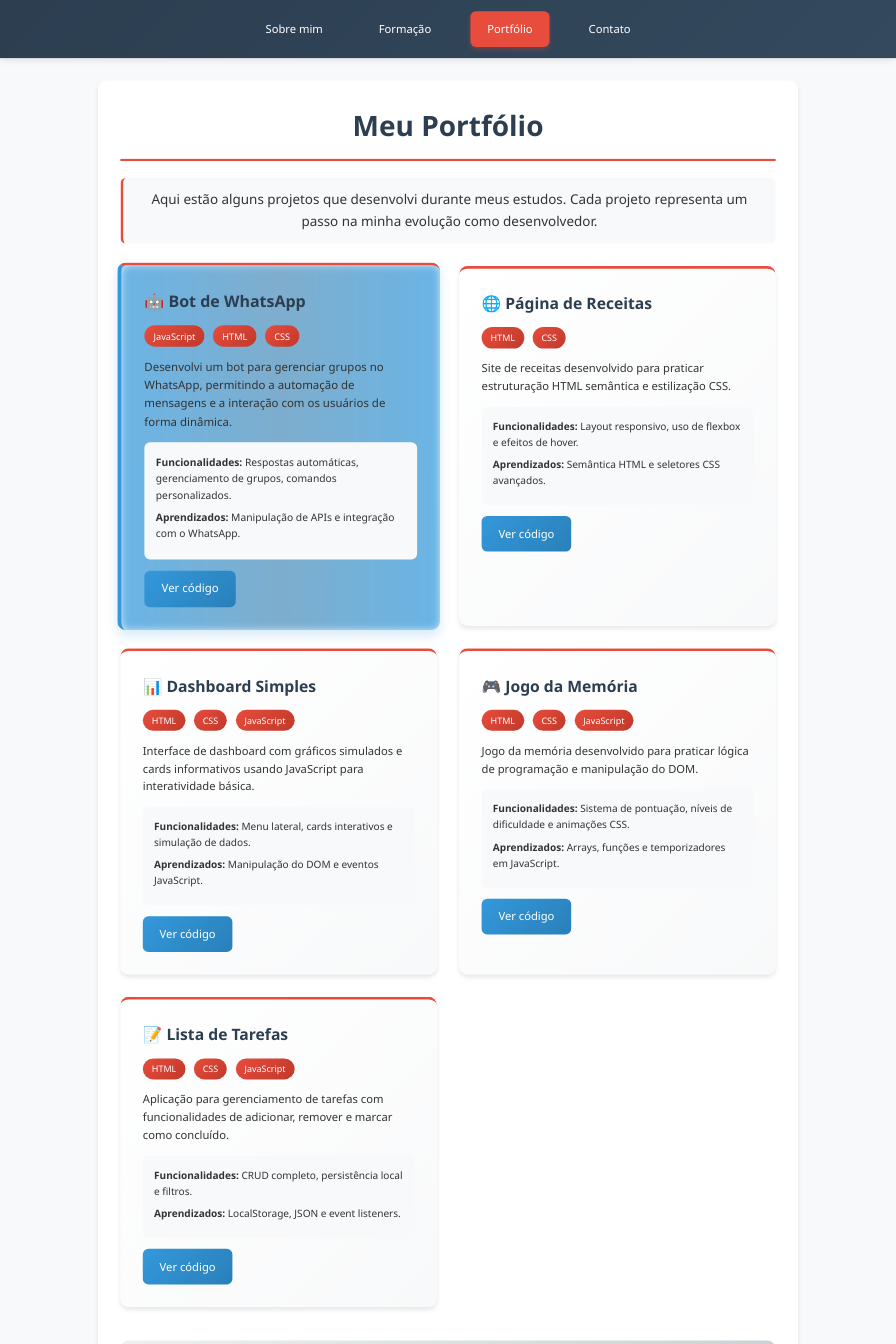
Repository: AnderHonorato/meu-portfolio
Page: portfolio.html
These files come from the project's save history. The page is drawn as it stood at one moment and after the next save; the edit follows.
The browser window is 1280 px wide. The pictures show the part of the page from y = 0 to 1920 px (the page is 2792 px tall), at 70% of full size.

Above is the page before, as saved 2025-08-26 20:30:35.

### portfolio.html
<!DOCTYPE html>
<html lang="pt-br">
<head>
    <meta charset="UTF-8">
    <meta name="viewport" content="width=device-width, initial-scale=1.0">
    <title>Portfólio - Ander Honorato</title>
    <link rel="stylesheet" href="css/style.css">
</head>
<body>
    <!-- MENU DE NAVEGAÇÃO PADRÃO -->
    <nav class="menu">
        <ul>
            <li><a href="index.html">Sobre mim</a></li>
            <li><a href="formacao.html">Formação</a></li>
            <li><a href="portfolio.html" class="ativo">Portfólio</a></li>
            <li><a href="contato.html">Contato</a></li>
        </ul>
    </nav>

    <!-- CONTEÚDO ESPECÍFICO DA PÁGINA DE PORTFÓLIO -->
    <main class="conteudo">
        <h1>Meu Portfólio</h1>

        <p class="intro-portfolio">Aqui estão alguns projetos que desenvolvi durante meus estudos. Cada projeto representa um passo na minha evolução como desenvolvedor.</p>

        <!-- GRID DE PROJETOS -->
        <div class="projetos-grid">

            <!-- PROJETO DESTAQUE: BOT DE WHATSAPP -->
            <div class="projeto-item destaque">
                <h3>🤖 Bot de WhatsApp</h3>
                <div class="tags-projeto">
                    <span class="tag">JavaScript</span>
                    <span class="tag">HTML</span>
                    <span class="tag">CSS</span>
                </div>
                <p>Desenvolvi um bot para gerenciar grupos no WhatsApp, permitindo a automação de mensagens e a interação com os usuários de forma dinâmica.</p>
                <div class="projeto-detalhes">
                    <p><strong>Funcionalidades:</strong> Respostas automáticas, gerenciamento de grupos, comandos personalizados.</p>
                    <p><strong>Aprendizados:</strong> Manipulação de APIs e integração com o WhatsApp.</p>
                </div>
                <a href="https://anderhonorato.github.io/alphabotsite1/index.html" class="btn-projeto">Ver código</a>
            </div>

            <!-- PROJETOS ANTERIORES -->
            <div class="projeto-item">
                <h3>🌐 Página de Receitas</h3>
                <div class="tags-projeto">
                    <span class="tag">HTML</span>
                    <span class="tag">CSS</span>
                </div>
                <p>Site de receitas desenvolvido para praticar estruturação HTML semântica e estilização CSS.</p>
                <div class="projeto-detalhes">
                    <p><strong>Funcionalidades:</strong> Layout responsivo, uso de flexbox e efeitos de hover.</p>
                    <p><strong>Aprendizados:</strong> Semântica HTML e seletores CSS avançados.</p>
                </div>
                <a href="#" class="btn-projeto">Ver código</a>
            </div>

            <div class="projeto-item">
                <h3>📊 Dashboard Simples</h3>
                <div class="tags-projeto">
                    <span class="tag">HTML</span>
                    <span class="tag">CSS</span>
                    <span class="tag">JavaScript</span>
                </div>
                <p>Interface de dashboard com gráficos simulados e cards informativos usando JavaScript para interatividade básica.</p>
                <div class="projeto-detalhes">
                    <p><strong>Funcionalidades:</strong> Menu lateral, cards interativos e simulação de dados.</p>
                    <p><strong>Aprendizados:</strong> Manipulação do DOM e eventos JavaScript.</p>
                </div>
                <a href="#" class="btn-projeto">Ver código</a>
            </div>

            <div class="projeto-item">
                <h3>🎮 Jogo da Memória</h3>
                <div class="tags-projeto">
                    <span class="tag">HTML</span>
                    <span class="tag">CSS</span>
                    <span class="tag">JavaScript</span>
                </div>
                <p>Jogo da memória desenvolvido para praticar lógica de programação e manipulação do DOM.</p>
                <div class="projeto-detalhes">
                    <p><strong>Funcionalidades:</strong> Sistema de pontuação, níveis de dificuldade e animações CSS.</p>
                    <p><strong>Aprendizados:</strong> Arrays, funções e temporizadores em JavaScript.</p>
                </div>
                <a href="#" class="btn-projeto">Ver código</a>
            </div>

            <div class="projeto-item">
                <h3>📝 Lista de Tarefas</h3>
                <div class="tags-projeto">
                    <span class="tag">HTML</span>
                    <span class="tag">CSS</span>
                    <span class="tag">JavaScript</span>
                </div>
                <p>Aplicação para gerenciamento de tarefas com funcionalidades de adicionar, remover e marcar como concluído.</p>
                <div class="projeto-detalhes">
                    <p><strong>Funcionalidades:</strong> CRUD completo, persistência local e filtros.</p>
                    <p><strong>Aprendizados:</strong> LocalStorage, JSON e event listeners.</p>
                </div>
                <a href="#" class="btn-projeto">Ver código</a>
            </div>
        </div>

        <!-- SEÇÃO DE HABILIDADES TÉCNICAS -->
        <div class="habilidades-secao">
            <h2>🛠️ Tecnologias que Conheço</h2>
            <div class="habilidades-grid">
                <div class="habilidade-item">
                    <h4>HTML5</h4>
                    <div class="nivel-habilidade">
                        <div class="barra-habilidade">
                            <div class="progresso-habilidade" style="width: 80%"></div>
                        </div>
                        <span>Intermediário</span>
                    </div>
                </div>
                <div class="habilidade-item">
                    <h4>CSS3</h4>
                    <div class="nivel-habilidade">
                        <div class="barra-habilidade">
                            <div class="progresso-habilidade" style="width: 75%"></div>
                        </div>
                        <span>Intermediário</span>
                    </div>
                </div>
                <div class="habilidade-item">
                    <h4>JavaScript</h4>
                    <div class="nivel-habilidade">
                        <div class="barra-habilidade">
                            <div class="progresso-habilidade" style="width: 45%"></div>
                        </div>
                        <span>Básico</span>
                    </div>
                </div>
                <div class="habilidade-item">
                    <h4>Git/GitHub</h4>
                    <div class="nivel-habilidade">
                        <div class="barra-habilidade">
                            <div class="progresso-habilidade" style="width: 60%"></div>
                        </div>
                        <span>Básico+</span>
                    </div>
                </div>
            </div>
        </div>

        <!-- SEÇÃO DE ESTUDOS ATUAIS -->
        <div class="estudos-atuais">
            <h2>📚 Atualmente Estudando</h2>
            <ul class="lista-estudos">
                <li>🎯 Aprofundamento em JavaScript</li>
                <li>🎨 CSS Grid e Flexbox</li>
                <li>📱 Design responsivo e mobile-first</li>
                <li>🔧 Ferramentas de desenvolvimento (DevTools)</li>
                <li>🌐 Conceitos de API e consumo de dados</li>
            </ul>
        </div>
    </main>
</body>
</html>

### css/style.css
/* Reset básico e configurações globais */
* {
    margin: 0;
    padding: 0;
    box-sizing: border-box;
}

/* Configurações do corpo da página */
body {
    font-family: 'Segoe UI', Tahoma, Geneva, Verdana, sans-serif;
    line-height: 1.6;
    color: #333;
    background-color: #f8f9fa;
}

/* Menu de navegação - SEMPRE VISÍVEL */
.menu {
    background: linear-gradient(135deg, #2c3e50, #34495e);
    padding: 1rem 0;
    position: sticky; /* Menu fica fixo no topo ao rolar */
    top: 0;
    z-index: 1000; /* Garante que fica por cima de outros elementos */
    box-shadow: 0 2px 10px rgba(0,0,0,0.1);
}

.menu ul {
    list-style: none;
    display: flex;
    justify-content: center;
    gap: 2rem;
    max-width: 1200px;
    margin: 0 auto;
    padding: 0 1rem;
}

.menu a {
    color: white;
    text-decoration: none;
    padding: 0.8rem 1.5rem;
    border-radius: 8px;
    transition: all 0.3s ease;
    display: block;
    font-weight: 500;
}

.menu a:hover {
    background-color: rgba(255, 255, 255, 0.1);
    transform: translateY(-2px);
}

.menu a.ativo {
    background-color: #e74c3c;
    box-shadow: 0 4px 8px rgba(231, 76, 60, 0.3);
}

/* Conteúdo principal */
.conteudo {
    max-width: 1000px;
    margin: 2rem auto;
    padding: 0 1rem;
    background-color: white;
    border-radius: 12px;
    box-shadow: 0 4px 6px rgba(0,0,0,0.1);
    padding: 2rem;
}

.conteudo h1 {
    color: #2c3e50;
    margin-bottom: 1.5rem;
    text-align: center;
    font-size: 2.5rem;
    border-bottom: 3px solid #e74c3c;
    padding-bottom: 1rem;
}

.conteudo h2 {
    color: #34495e;
    margin: 2rem 0 1rem 0;
    font-size: 1.8rem;
}

/* === ESTILOS PÁGINA SOBRE MIM === */
.sobre-container {
    display: grid;
    grid-template-columns: 250px 1fr;
    gap: 2rem;
    margin-top: 2rem;
}

.foto-perfil {
    text-align: center;
}

.placeholder-foto {
    width: 200px;
    height: 200px;
    border-radius: 50%;
    background: linear-gradient(135deg, #e74c3c, #c0392b);
    display: flex;
    align-items: center;
    justify-content: center;
    color: white;
    font-weight: bold;
    margin: 0 auto;
    box-shadow: 0 8px 16px rgba(231, 76, 60, 0.3);
}

.foto-perfil img {
    width: 200px;
    height: 200px;
    border-radius: 50%;
    object-fit: cover;
    box-shadow: 0 8px 16px rgba(0,0,0,0.2);
}

.texto-sobre {
    flex: 1;
}

.texto-sobre p {
    margin-bottom: 1rem;
    text-align: justify;
    font-size: 1.1rem;
}

.lista-hobbies {
    list-style: none;
    margin: 1rem 0;
}

.lista-hobbies li {
    padding: 0.5rem 0;
    font-size: 1.1rem;
    border-bottom: 1px solid #eee;
    transition: all 0.3s ease;
}

.lista-hobbies li:hover {
    background-color: #f8f9fa;
    padding-left: 1rem;
    border-left: 4px solid #e74c3c;
}

.info-adicional {
    margin-top: 3rem;
    padding: 2rem;
    background: linear-gradient(135deg, #ecf0f1, #bdc3c7);
    border-radius: 12px;
}

/* === ESTILOS PÁGINA FORMAÇÃO === */
.formacao-secao {
    margin-bottom: 3rem;
}

.item-formacao {
    background: linear-gradient(135deg, #f8f9fa, #e9ecef);
    padding: 2rem;
    border-radius: 12px;
    margin-bottom: 1.5rem;
    border-left: 5px solid #e74c3c;
    transition: transform 0.3s ease;
}

.item-formacao:hover {
    transform: translateY(-5px);
    box-shadow: 0 8px 16px rgba(0,0,0,0.1);
}

.item-formacao h3 {
    color: #2c3e50;
    margin-bottom: 1rem;
    font-size: 1.3rem;
}

.item-formacao p {
    margin-bottom: 0.5rem;
}

.lista-idiomas {
    list-style: none;
}

.lista-idiomas li {
    padding: 1rem 0;
    border-bottom: 1px solid #ddd;
}

.lista-idiomas li:last-child {
    border-bottom: none;
}

.nivel-idioma {
    margin-top: 0.5rem;
}

.barra-progresso {
    width: 100%;
    height: 8px;
    background-color: #ecf0f1;
    border-radius: 4px;
    overflow: hidden;
    margin: 0.5rem 0;
}

.progresso {
    height: 100%;
    background: linear-gradient(90deg, #e74c3c, #c0392b);
    transition: width 0.3s ease;
}

.descricao-nivel {
    font-size: 0.9rem;
    color: #7f8c8d;
    font-style: italic;
}

.proximos-estudos ul {
    list-style: none;
    display: grid;
    grid-template-columns: repeat(auto-fit, minmax(250px, 1fr));
    gap: 1rem;
}

.proximos-estudos li {
    background-color: #fff3cd;
    padding: 1rem;
    border-radius: 8px;
    border-left: 4px solid #ffc107;
    font-weight: 500;
}

/* === ESTILOS PÁGINA PORTFÓLIO === */
.intro-portfolio {
    text-align: center;
    font-size: 1.2rem;
    margin-bottom: 2rem;
    padding: 1rem;
    background-color: #f8f9fa;
    border-radius: 8px;
    border-left: 4px solid #e74c3c;
}

.projetos-grid {
    display: grid;
    grid-template-columns: repeat(auto-fit, minmax(350px, 1fr));
    gap: 2rem;
    margin-bottom: 3rem;
}

.projeto-item {
    background: linear-gradient(135deg, #ffffff, #f8f9fa);
    padding: 2rem;
    border-radius: 12px;
    box-shadow: 0 4px 8px rgba(0,0,0,0.1);
    transition: all 0.3s ease;
    border-top: 4px solid #e74c3c;
}

.projeto-item:hover {
    transform: translateY(-8px);
    box-shadow: 0 12px 24px rgba(0,0,0,0.15);
}

.projeto-item h3 {
    color: #2c3e50;
    margin-bottom: 1rem;
    font-size: 1.4rem;
}

.tags-projeto {
    margin-bottom: 1rem;
}

.tag {
    display: inline-block;
    background: linear-gradient(135deg, #e74c3c, #c0392b);
    color: white;
    padding: 0.3rem 0.8rem;
    border-radius: 20px;
    font-size: 0.8rem;
    margin-right: 0.5rem;
    font-weight: 500;
}

.projeto-detalhes {
    margin: 1rem 0;
    padding: 1rem;
    background-color: #f8f9fa;
    border-radius: 8px;
}

.projeto-detalhes p {
    margin-bottom: 0.5rem;
    font-size: 0.9rem;
}

.btn-projeto {
    display: inline-block;
    background: linear-gradient(135deg, #3498db, #2980b9);
    color: white;
    padding: 0.8rem 1.5rem;
    text-decoration: none;
    border-radius: 8px;
    transition: all 0.3s ease;
    font-weight: 500;
}

.btn-projeto:hover {
    transform: translateY(-2px);
    box-shadow: 0 4px 8px rgba(52, 152, 219, 0.3);
}

/* Habilidades técnicas */
.habilidades-secao {
    margin-top: 3rem;
    padding: 2rem;
    background: linear-gradient(135deg, #ecf0f1, #bdc3c7);
    border-radius: 12px;
}

.habilidades-grid {
    display: grid;
    grid-template-columns: repeat(auto-fit, minmax(250px, 1fr));
    gap: 1.5rem;
    margin-top: 1rem;
}

.habilidade-item {
    background-color: white;
    padding: 1.5rem;
    border-radius: 8px;
    box-shadow: 0 2px 4px rgba(0,0,0,0.1);
}

.habilidade-item h4 {
    color: #2c3e50;
    margin-bottom: 1rem;
    font-size: 1.1rem;
}

.nivel-habilidade {
    display: flex;
    align-items: center;
    gap: 1rem;
}

.barra-habilidade {
    flex: 1;
    height: 8px;
    background-color: #ecf0f1;
    border-radius: 4px;
    overflow: hidden;
}

.progresso-habilidade {
    height: 100%;
    background: linear-gradient(90deg, #27ae60, #2ecc71);
    transition: width 0.3s ease;
}

.estudos-atuais {
    margin-top: 2rem;
    padding: 2rem;
    background-color: #e8f5e8;
    border-radius: 12px;
    border-left: 5px solid #27ae60;
}

.lista-estudos {
    list-style: none;
    display: grid;
    grid-template-columns: repeat(auto-fit, minmax(300px, 1fr));
    gap: 1rem;
}

.lista-estudos li {
    padding: 1rem;
    background-color: white;
    border-radius: 8px;
    box-shadow: 0 2px 4px rgba(0,0,0,0.1);
    transition: transform 0.3s ease;
}

.lista-estudos li:hover {
    transform: translateX(10px);
}

/* === ESTILOS PÁGINA CONTATO === */
.intro-contato {
    text-align: center;
    font-size: 1.2rem;
    margin-bottom: 2rem;
    padding: 1rem;
    background: linear-gradient(135deg, #d4edda, #c3e6cb);
    border-radius: 8px;
    border-left: 4px solid #28a745;
}

.contato-container {
    display: grid;
    grid-template-columns: 2fr 1fr;
    gap: 3rem;
    margin-top: 2rem;
}

.formulario-contato {
    background-color: #f8f9fa;
    padding: 2rem;
    border-radius: 12px;
    box-shadow: 0 4px 8px rgba(0,0,0,0.1);
}

.formulario-contato h2 {
    color: #2c3e50;
    margin-bottom: 1.5rem;
    text-align: center;
}

.form-contato {
    display: flex;
    flex-direction: column;
    gap: 1.5rem;
}

.campo {
    display: flex;
    flex-direction: column;
}

.campo.checkbox {
    flex-direction: row;
    align-items: center;
    gap: 0.5rem;
}

.campo.checkbox input {
    width: auto;
}

.campo label {
    margin-bottom: 0.5rem;
    font-weight: 600;
    color: #2c3e50;
}

.campo input,
.campo textarea,
.campo select {
    padding: 0.8rem;
    border: 2px solid #ddd;
    border-radius: 8px;
    font-size: 1rem;
    transition: border-color 0.3s ease;
    font-family: inherit;
}

.campo input:focus,
.campo textarea:focus,
.campo select:focus {
    outline: none;
    border-color: #e74c3c;
    box-shadow: 0 0 0 3px rgba(231, 76, 60, 0.1);
}

.btn-enviar {
    background: linear-gradient(135deg, #e74c3c, #c0392b);
    color: white;
    padding: 1rem 2rem;
    border: none;
    border-radius: 8px;
    cursor: pointer;
    font-size: 1.1rem;
    font-weight: 600;
    transition: all 0.3s ease;
}

.btn-enviar:hover {
    transform: translateY(-2px);
    box-shadow: 0 4px 8px rgba(231, 76, 60, 0.3);
}

.mensagem-retorno {
    margin-top: 1rem;
    padding: 1rem;
    background-color: #d4edda;
    border: 1px solid #c3e6cb;
    border-radius: 8px;
    color: #155724;
    text-align: center;
    font-weight: 500;
}

/* Informações de contato */
.info-contato {
    background-color: white;
    padding: 2rem;
    border-radius: 12px;
    box-shadow: 0 4px 8px rgba(0,0,0,0.1);
    height: fit-content;
}

.info-contato h2 {
    color: #2c3e50;
    margin-bottom: 1.5rem;
    text-align: center;
}

.contato-item {
    margin-bottom: 2rem;
    padding: 1rem;
    background-color: #f8f9fa;
    border-radius: 8px;
    border-left: 4px solid #3498db;
}

.contato-item h3 {
    color: #2c3e50;
    margin-bottom: 0.5rem;
    font-size: 1.1rem;
}

.contato-item p {
    font-weight: 600;
    color: #34495e;
    margin-bottom: 0.3rem;
}

.contato-item small {
    color: #7f8c8d;
    font-style: italic;
}

.disponibilidade {
    padding: 1rem;
    background: linear-gradient(135deg, #fff3cd, #ffeaa7);
    border-radius: 8px;
    border-left: 4px solid #ffc107;
}

.disponibilidade h3 {
    color: #2c3e50;
    margin-bottom: 1rem;
}

.disponibilidade ul {
    list-style: none;
}

.disponibilidade li {
    padding: 0.3rem 0;
    color: #856404;
}

/* Dicas de contato */
.dicas-contato {
    margin-top: 3rem;
    padding: 2rem;
    background: linear-gradient(135deg, #e8f4fd, #d1ecf1);
    border-radius: 12px;
}

.dicas-grid {
    display: grid;
    grid-template-columns: repeat(auto-fit, minmax(250px, 1fr));
    gap: 1.5rem;
    margin-top: 1rem;
}

.dica-item {
    background-color: white;
    padding: 1.5rem;
    border-radius: 8px;
    box-shadow: 0 2px 4px rgba(0,0,0,0.1);
    transition: transform 0.3s ease;
}

.dica-item:hover {
    transform: translateY(-5px);
}

.dica-item h4 {
    color: #2c3e50;
    margin-bottom: 1rem;
}

.dica-item p {
    color: #34495e;
    font-size: 0.9rem;
}

/* === RESPONSIVIDADE === */
@media (max-width: 768px) {
    /* Menu responsivo */
    .menu ul {
        flex-wrap: wrap;
        gap: 0.5rem;
        justify-content: center;
    }

    .menu a {
        padding: 0.6rem 1rem;
        font-size: 0.9rem;
    }

    /* Conteúdo */
    .conteudo {
        margin: 1rem;
        padding: 1.5rem;
    }

    .conteudo h1 {
        font-size: 2rem;
    }

    /* Sobre mim responsivo */
    .sobre-container {
        grid-template-columns: 1fr;
        text-align: center;
        gap: 1.5rem;
    }

    /* Formação responsiva */
    .item-formacao {
        padding: 1.5rem;
    }

    /* Portfólio responsivo */
    .projetos-grid {
        grid-template-columns: 1fr;
        gap: 1.5rem;
    }

    .habilidades-grid {
        grid-template-columns: 1fr;
    }

    /* Contato responsivo */
    .contato-container {
        grid-template-columns: 1fr;
        gap: 2rem;
    }

    .dicas-grid {
        grid-template-columns: 1fr;
    }
}

@media (max-width: 480px) {
    .conteudo {
        padding: 1rem;
    }

    .conteudo h1 {
        font-size: 1.8rem;
    }

    .menu ul {
        flex-direction: column;
        gap: 0.3rem;
    }

    .projeto-item,
    .item-formacao,
    .formulario-contato {
        padding: 1rem;
    }
}

/* Animações e efeitos especiais */
@keyframes slideInUp {
    from {
        opacity: 0;
        transform: translateY(30px);
    }
    to {
        opacity: 1;
        transform: translateY(0);
    }
}

.conteudo {
    animation: slideInUp 0.6s ease-out;
}

/* Scroll suave */
html {
    scroll-behavior: smooth;
}

/* PROJETO DESTAQUE - BOT */
.projeto-item.destaque {
    background: linear-gradient(135deg, #f0f9ff, #e6f7ff);
    border-left: 6px solid #3498db;
    box-shadow: 0 8px 16px rgba(52, 152, 219, 0.2);
    transform: scale(1.02);
    transition: all 0.4s ease;
    position: relative;
    overflow: hidden;
}

.projeto-item.destaque:hover {
    transform: scale(1.04);
    box-shadow: 0 12px 24px rgba(52, 152, 219, 0.3);
}

.projeto-item.destaque::before {
    content: "";
    position: absolute;
    top: -2px;
    left: -2px;
    right: -2px;
    bottom: -2px;
    background: linear-gradient(90deg, #3498db, #508eb8, #3498db);
    z-index: 0;
    border-radius: 12px;
    filter: blur(6px);
    opacity: 0.7;
    animation: animarBorda 3s linear infinite;
}

.projeto-item.destaque > * {
    position: relative;
    z-index: 1;
}

@keyframes animarBorda {
    0% { background-position: 0% 50%; }
    50% { background-position: 100% 50%; }
    100% { background-position: 0% 50%; }
}

After the next save:
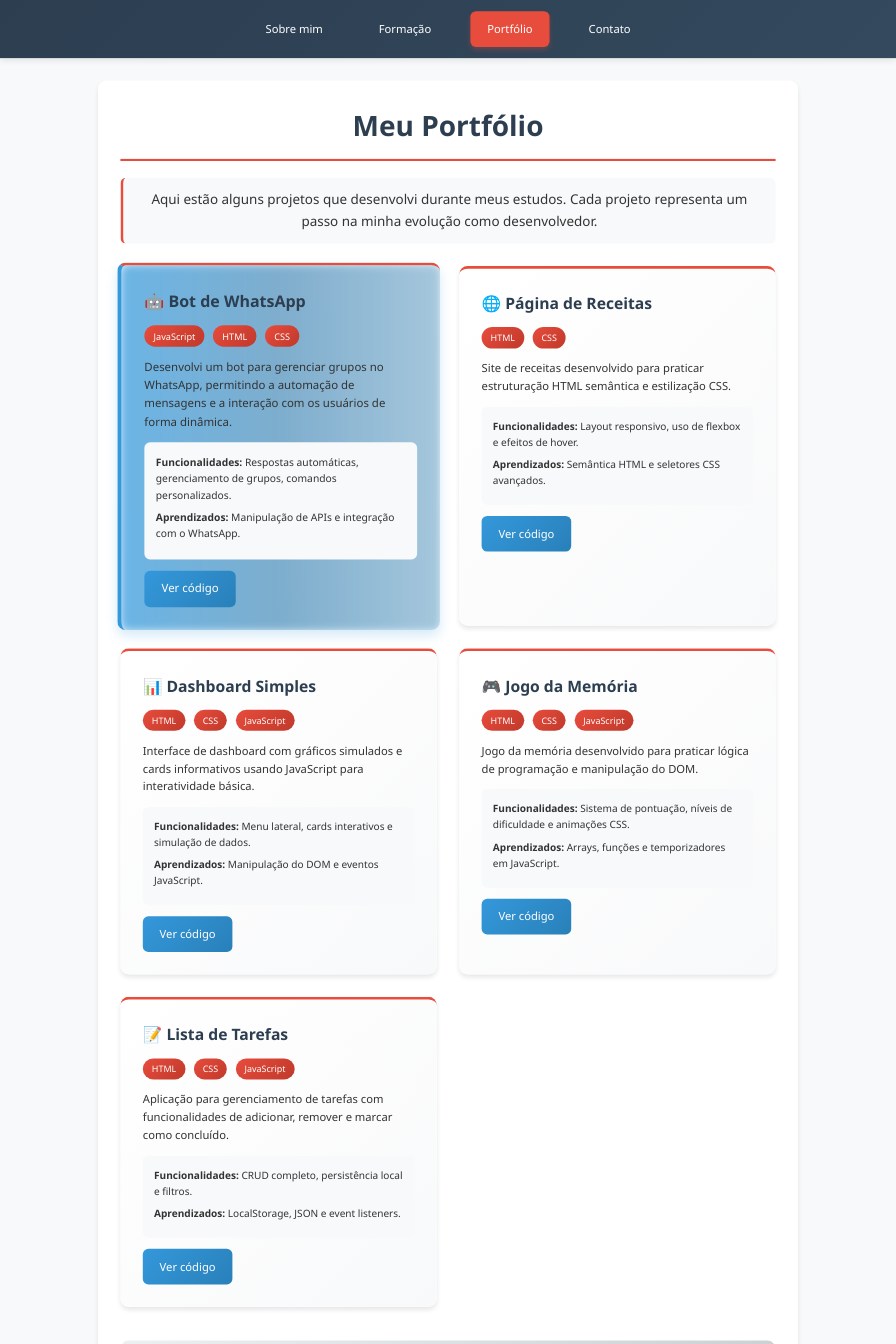
Saved 4 s later.
--- a/css/style.css
+++ b/css/style.css
@@ -711,7 +711,7 @@ html {
     left: -2px;
     right: -2px;
     bottom: -2px;
-    background: linear-gradient(90deg, #3498db, #508eb8, #3498db);
+    background: linear-gradient(90deg, #3498db, #508eb8, #89b2ce);
     z-index: 0;
     border-radius: 12px;
     filter: blur(6px);
